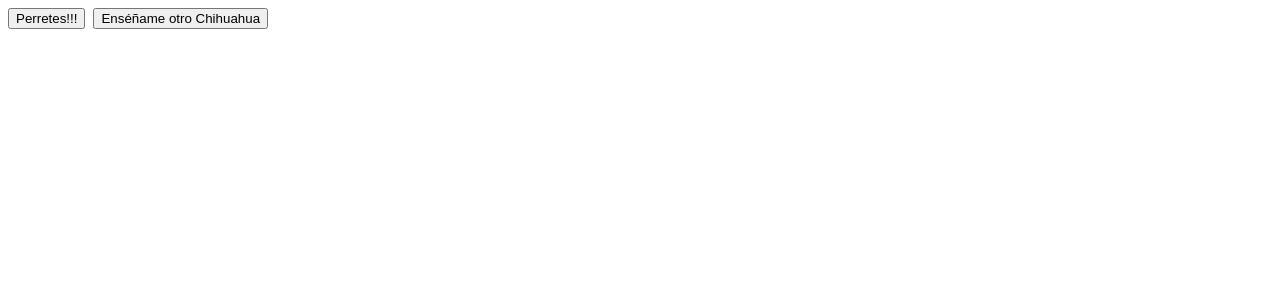
Repository: conchaasensio/ejercicios-en-clase-j
Page: modulo-2/leccion-2.10/ejercicio-2/index.html
These files come from the project's save history. The page is drawn as it stood at one moment and after the next save; the edit follows.
The browser window is 1280 px wide. The pictures show the whole page.

Above is the page before, as saved 2020-07-03 18:38:44.

### modulo-2/leccion-2.10/ejercicio-2/index.html
<!DOCTYPE html>
<html lang="es">
  <head>
    <meta charset="UTF-8" />
    <meta name="viewport" content="width=device-width, initial-scale=1.0" />
    <meta http-equiv="X-UA-Compatible" content="ie=edge" />
    <title>Ejercicio</title>
  </head>
  <body>
    <button class="js-dog">Perretes!!!</button>
    <img />
    <script src="./main.js"></script>
  </body>
</html>

### modulo-2/leccion-2.10/ejercicio-2/main.js
'use strict';

function getDogImage() {
  fetch('https://dog.ceo/api/breed/chihuahua/images/random')
    .then((response) => response.json())
    .then((data) => {
      const img = document.querySelector('img');
      img.src = data.message;
      img.alt = 'Un perro';
    });
}
const btn = document.querySelector('.js-dog');
btn.addEventListener('click', getDogImage);

const button = document.createElement('button');
button.type = 'button';
button.innerHTML = 'Enséñame otro Chihuahua';
document.body.appendChild(button);

After the next save:
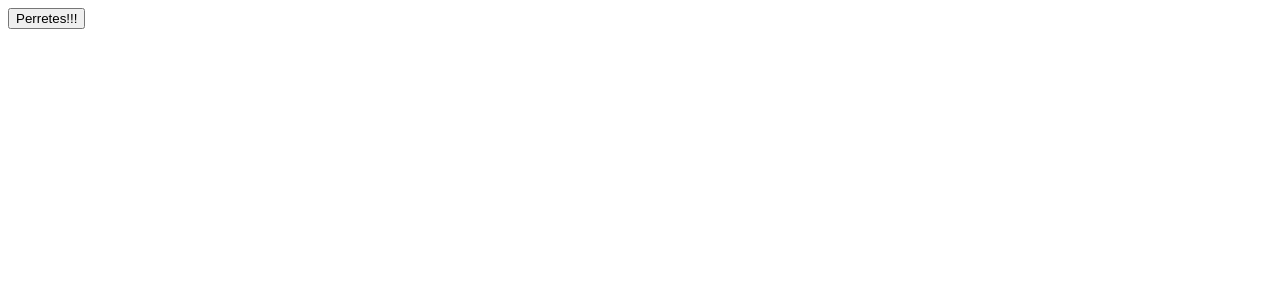
Console error: SyntaxError: missing ) after argument list
Saved 46 s later.
--- a/modulo-2/leccion-2.10/ejercicio-2/main.js
+++ b/modulo-2/leccion-2.10/ejercicio-2/main.js
@@ -16,3 +16,5 @@
 button.type = 'button';
 button.innerHTML = 'Enséñame otro Chihuahua';
 document.body.appendChild(button);
+
+button.addEventListener('click' getDogImage);

After the save that followed:
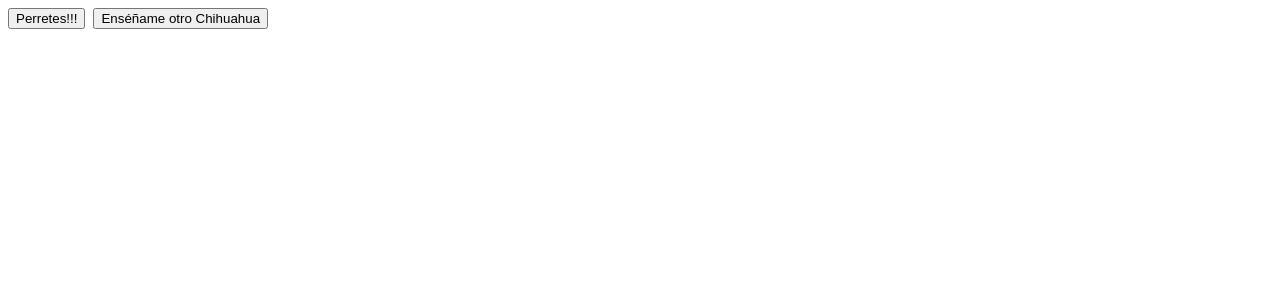
The error is gone.
Saved 32 s later.
--- a/modulo-2/leccion-2.10/ejercicio-2/main.js
+++ b/modulo-2/leccion-2.10/ejercicio-2/main.js
@@ -17,4 +17,4 @@
 button.innerHTML = 'Enséñame otro Chihuahua';
 document.body.appendChild(button);
 
-button.addEventListener('click' getDogImage);
+button.addEventListener('click', getDogImage);
